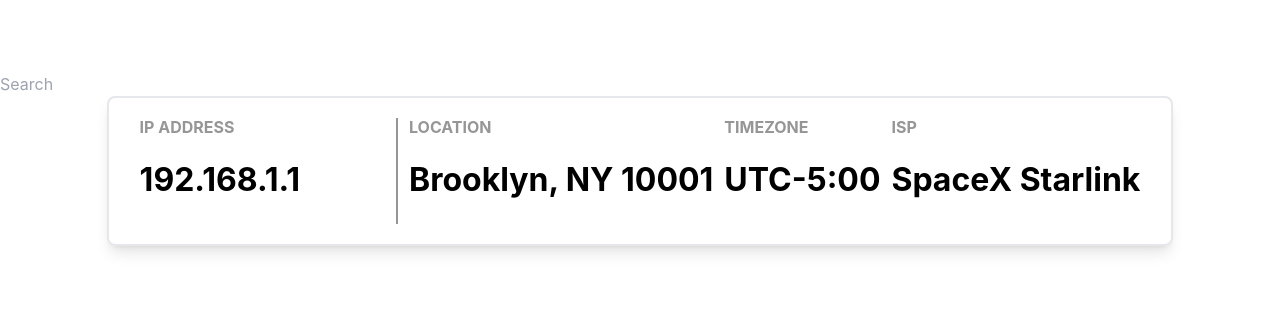
Repository: Dealsy/IP-Tracker
Page: /
The author's editor kept a copy of each file at every save. The page is drawn from the files as they stood at one save, then again after the next save.
The browser window is 1280 px wide. The pictures show the whole page.
The project was rebuilt for these pictures with package versions that can differ from the ones it lists, and the page was loaded fresh each time. The framework's server and built-in components were replaced by stand-ins that run in the browser. Also part of the build but not shown: next.config.js, styles/Home.module.css.

Above is the page before, as saved 2022-04-21 21:29:33.

After the next save:
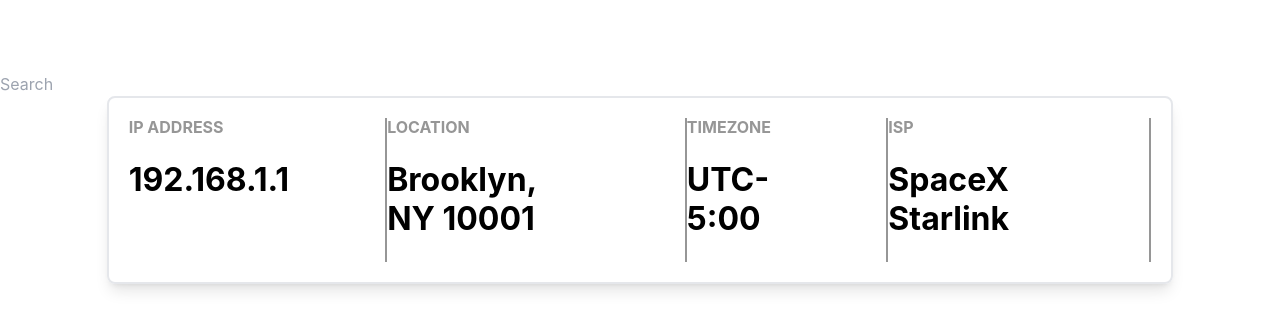
Saved 15 s later.
--- a/pages/index.js
+++ b/pages/index.js
@@ -15,19 +15,19 @@
         <h1 className="text-white">IP Address Tracker</h1>
         <input type="search" placeholder="Search" />
         <div className="flex flex-row justify-evenly border-2 shadow-lg w-5/6 m-auto rounded-lg p-5">
-          <div className=" border-r-2 border-Gray pr-24 ">
+          <div className=" border-r-2 border-Gray pr-24">
             <h3>IP ADDRESS</h3>
             <h2> 192.168.1.1 </h2>
           </div>
-          <div>
+          <div className=" border-r-2 border-Gray pr-24">
             <h3> LOCATION </h3>
             <h2> Brooklyn, NY 10001 </h2>
           </div>
-          <div>
+          <div className=" border-r-2 border-Gray pr-24">
             <h3>TIMEZONE</h3>
             <h2> UTC-5:00 </h2>
           </div>
-          <div>
+          <div className=" border-r-2 border-Gray pr-24">
             <h3>ISP</h3>
             <h2>SpaceX Starlink</h2>
           </div>
